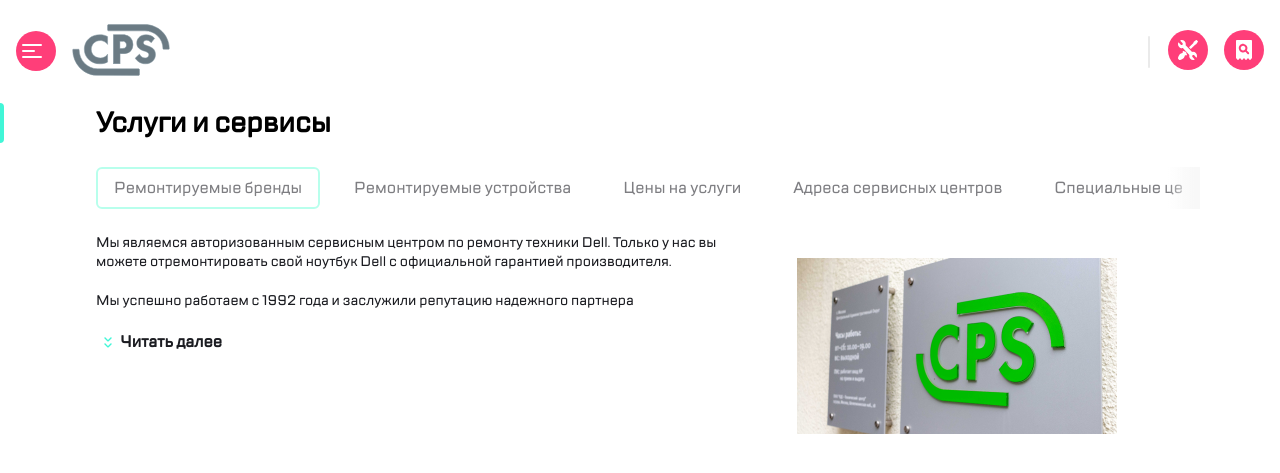
Repository: sem1103/bem
Page: index.html
An editor plug-in stored every save of this project. The page is shown before and after the next save, followed by the edit.
The browser window is 1280 px wide. The pictures show the whole page.

Above is the page before, as saved 2023-12-27 20:11:22.

After the next save:
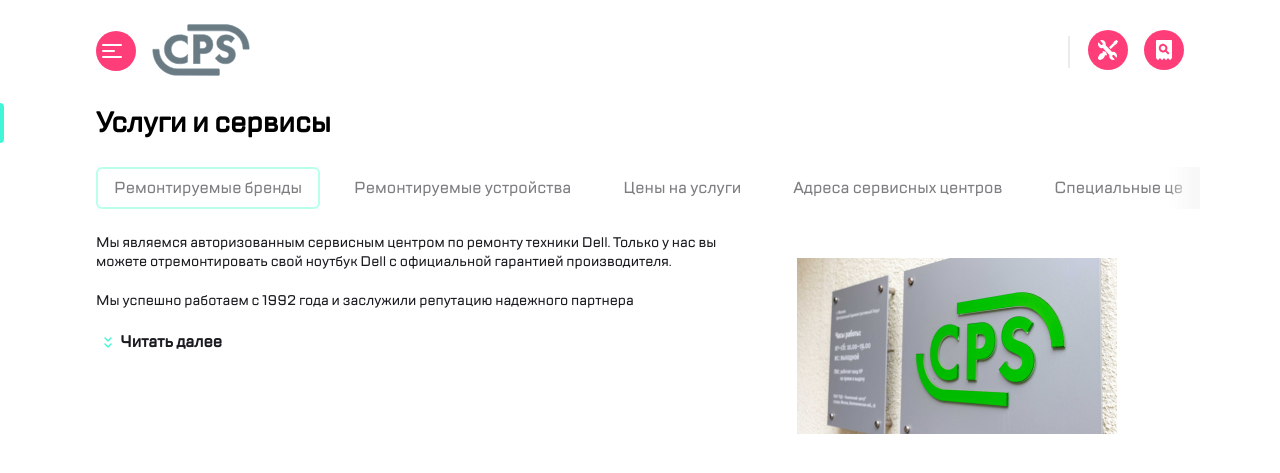
Saved 48 s later.
--- a/index.html
+++ b/index.html
@@ -12,7 +12,7 @@
 <body>
     <div id="page">
         <header>
-            <nav>
+            <nav class="container">
                 <div class="burger">
                     <button class="burger__btn ">
                         <span></span>
